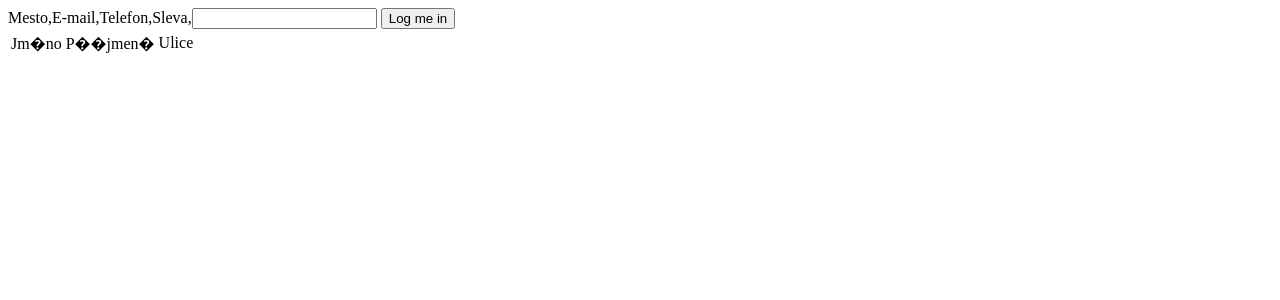
Repository: shadowroot/workspace
Page: http://localhost/view.php
The author's editor kept a copy of each file at every save. The page is drawn from the files as they stood at one save, then again after the next save.
The browser window is 1280 px wide. The pictures show the whole page.
The page is run by PHP 8.4 with error messages shown; the project is at /var/www/html/.

Above is the page before, as saved 2011-11-30 20:53:53.

### tommys_job/view.php
<?php
/*
*	@param $password = "my_password" (string)
*	@param $filename = "name_of_file" (string)
*
*
*/
error_reporting(0);
ob_start();
session_start();
session_cache_expire(120);
$filename = "orders.csv";
$passwd = "trythispassword";
if(isset($_POST['passwd']) && $_POST['passwd'] == $passwd){
	$_SESSION['logged'] = 1;
}


echo '<table id="results">';
echo '<tr><td>Jméno</td><td>Pøíjmení</td><td>Ulice</td>Mesto,E-mail,Telefon,Sleva,';
if(isset($_SESSION['logged']) && $_SESSION['logged'] == 1){
	echo '<tr id="result">';
	$data = file_get_contents($filename);
	$cols = explode(",", $data);
	$size = sizeof($cols);
	$i=0;
	while($i <= $size){
		for($u=1;$u<=7;$u++){
				echo "<td>".$cols[$i]."</td>";
			$i++;
		}
	}
	echo '</tr>';
}
else{
	echo '<form action="" method="POST">';
	echo '<input type="text" name="passwd" size="20" id="log" />&nbsp;<input type="submit" value="Log me in" />';
	echo '</form>';
}
echo '</table>';

ob_end_flush();
?>

After the next save:
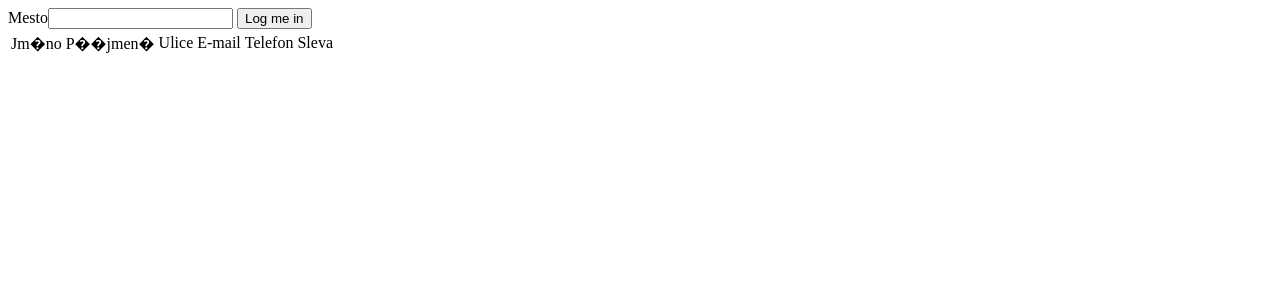
Saved 110 s later.
--- a/tommys_job/view.php
+++ b/tommys_job/view.php
@@ -17,7 +17,7 @@ if(isset($_POST['passwd']) && $_POST['passwd'] == $passwd){
 
 
 echo '<table id="results">';
-echo '<tr><td>Jméno</td><td>Pøíjmení</td><td>Ulice</td>Mesto,E-mail,Telefon,Sleva,';
+echo '<tr><td>Jméno</td><td>Pøíjmení</td><td>Ulice</td>Mesto<td>E-mail</td><td>Telefon</td><td>Sleva</td></tr>';
 if(isset($_SESSION['logged']) && $_SESSION['logged'] == 1){
 	echo '<tr id="result">';
 	$data = file_get_contents($filename);
